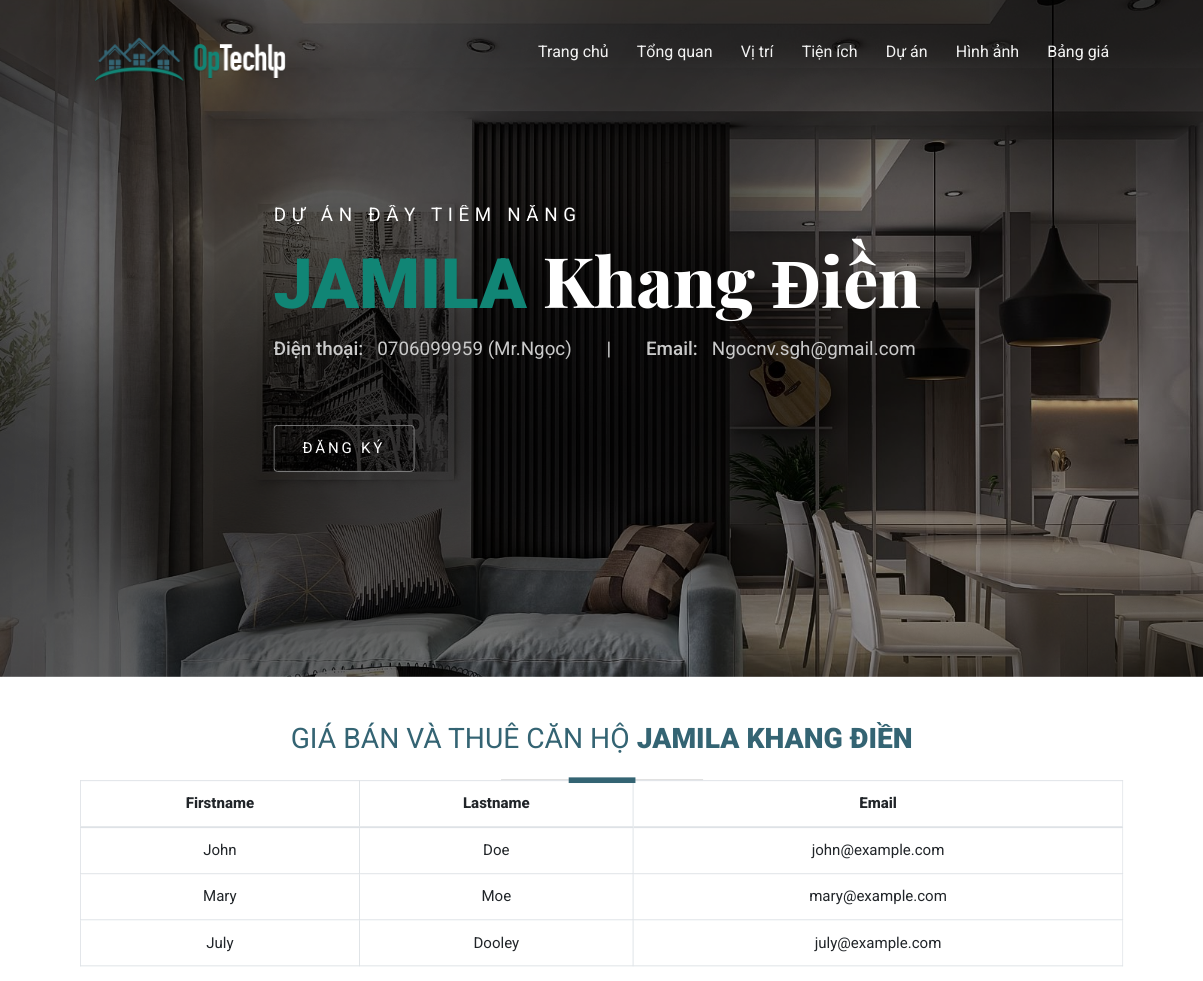
Repository: phunobi1807/Myweb
Page: index.html
An editor plug-in stored every save of this project. The page is shown before and after the next save, followed by the edit.
The browser window is 1280 px wide. The pictures show the whole page, at 94% of full size.
Some web fonts or font styles are not loaded; a fallback is used.

Above is the page before, as saved 2021-05-14 11:40:44.

### index.html
<!DOCTYPE html>
<html lang="en">

<head>
    <meta charset="UTF-8">
    <meta http-equiv="X-UA-Compatible" content="IE=edge">
    <meta name="viewport" content="width=device-width, initial-scale=1.0">
    <link rel="stylesheet" type="text/css" href="./css/style.css">
    <title>JAMILA Khang Điền</title>
</head>

<body>
    <header>
        <a href="#" class="logo">
            <img src="./image/logo-banner.png" alt="logo">
        </a>
        <div class="menuToggle" onclick="toggleMenu"></div>
        <ul class="navigation">
            <li><a href="#" onclick="toggleMenu">Trang chủ</a></li>
            <li><a href="#" onclick="toggleMenu">Tổng quan</a></li>
            <li><a href="#" onclick="toggleMenu">Vị trí</a></li>
            <li><a href="#" onclick="toggleMenu">Tiện ích</a></li>
            <li><a href="#" onclick="toggleMenu">Dự án</a></li>
            <li><a href="#" onclick="toggleMenu">Hình ảnh</a></li>
            <li><a href="#" onclick="toggleMenu">Bảng giá</a></li>
        </ul>
    </header>
    <section class="banner" id="banner">
        <div class="content">
            <p class="title">dự án đầy tiềm năng</p>
            <h3><strong>JAMILA</strong> Khang Điền</h3>
            <div class="content-contact">
                <p class="phone">Điện thoại: <span class="number-phone">0706099959 (Mr.Ngọc)</span></p>
                <div class="gachgiua">|</div>
                <p class="email">Email: <span class="email">Ngocnv.sgh@gmail.com</span></p>
            </div>
            <div class="input">
                <input type="button" class="btn btn-outline" value="Đăng ký">
            </div>
        </div>
    </section>
    <section class="price-apartment mt-5">
        <div class="container text-center">
            <div class="list-price-apartment">
                <h1>giá bán và thuê căn hộ <span>jamila khang điền</span></h1>
                <div class="gach-chan">
                    <div class="gachchan"></div>
                </div>
                <table class="table table-bordered">
                    <thead>
                        <tr>
                            <th>Firstname</th>
                            <th>Lastname</th>
                            <th>Email</th>
                        </tr>
                    </thead>
                    <tbody>
                        <tr>
                            <td>John</td>
                            <td>Doe</td>
                            <td>john@example.com</td>
                        </tr>
                        <tr>
                            <td>Mary</td>
                            <td>Moe</td>
                            <td>mary@example.com</td>
                        </tr>
                        <tr>
                            <td>July</td>
                            <td>Dooley</td>
                            <td>july@example.com</td>
                        </tr>
                    </tbody>
                </table>
            </div>
        </div>
    </section>
    <link rel="stylesheet" href="https://maxcdn.bootstrapcdn.com/bootstrap/4.5.2/css/bootstrap.min.css">
    <script src="https://ajax.googleapis.com/ajax/libs/jquery/3.5.1/jquery.min.js"></script>
    <script src="https://cdnjs.cloudflare.com/ajax/libs/popper.js/1.16.0/umd/popper.min.js"></script>
    <script src="https://maxcdn.bootstrapcdn.com/bootstrap/4.5.2/js/bootstrap.min.js"></script>
    <script type="text/javascript">
        window.addEventListener('scroll', function() {
            const header = document.querySelector('header');
            header.classList.toggle("sticky", window.scrollY > 0);
        });

        function toggleMenu() {
            const menutoggle = document.querySelector('.menuToggle');
            const navigation = document.querySelector('.navigation');
            menuToggle.classList.toggle('active');
            navigation.classList.toggle('active');
        }
    </script>
</body>

</html>
<!-- <script type="text/javascript">
    window.addEventListener('scroll', function() {
        const header = document.querySelector('header');
        header.classList.toggle("sticky", window.scrollY > 0);
    });

    function toggleMenu() {
        const menuToggle = document.querySelector('.menuToggle');
        const navigation = document.querySelector('.navigation');
        menuToggle.classList.toggle('active');
        navigation.classList.toggle('active');
    }
</script> -->

### css/style.css
    @import url(https://fonts.googleapis.com/css2?family=Roboto:wght@100;200;300;400;500;600;800;900&display=swap);
    @import url(https://fonts.googleapis.com/css2?family=Playfair+Display:wght@100;200;300;400;500;600;800;900&display=swap);
    * {
        margin: 0;
        padding: 0;
        box-sizing: border-box;
        font-family: 'Roboto', 'Regular';
        scroll-behavior: smooth;
        overflow-x: hidden !important;
    }

    p {
        font-weight: 300;
        color: #ffffff;
    }

    .banner {
        position: relative;
        width: 100%;
        min-height: 100vh;
        display: flex;
        justify-content: center;
        align-items: center;
        background: url('../image/banner.png');
        background-size: cover;
    }

    .banner .content {
        max-width: 900px;
        text-align: left;
    }

    .banner .content p.title {
        font-size: 20px;
        opacity: 100%;
        text-transform: uppercase;
        font-weight: 400;
        letter-spacing: 6px;
        line-height: 20px;
        color: #ffffff;
    }

    .banner .content h3 {
        font-family: 'Playfair Display', serif;
        font-size: 74px;
        font-style: bold;
        font-weight: 700;
        color: #ffffff;
        text-align: left;
    }

    .banner .content h3 strong {
        color: #118575;
    }

    .banner .content .content-contact {
        margin-bottom: 50px;
    }

    .banner .content .content-contact,
    p {
        display: flex;
        color: #cacaca;
        font-size: 20px;
        font-style: bold;
        font-weight: 500;
    }

    .banner .content .content-contact p span {
        padding: 0px 15px;
        font-weight: 400;
        font-style: normal;
        color: #cacaca;
    }

    .banner .content .content-contact .gachgiua {
        padding-right: 15px;
        margin: 0px 22px;
    }

    .banner .content .input input {
        width: 150px;
        height: 50px;
        border: 1px solid;
        /* opacity: 40%; */
        color: #ffffff;
        border-color: #8a8a8a;
        text-transform: uppercase;
        letter-spacing: 3px;
        transition: 0.5s;
    }

    .banner .content .input input:hover {
        width: 160px;
        transition: 0.5s;
        background-color: #118575;
    }

    .banner .content .input input::-ms-value {
        color: red;
    }

    header {
        position: fixed;
        top: 0;
        left: 0;
        width: 100%;
        padding: 40px 100px;
        z-index: 10;
        display: flex !important;
        justify-content: space-between;
        align-items: center;
        transition: 0.5s;
    }

    header.sticky {
        background: rgb(43, 43, 43);
        padding: 10px 100px;
        box-shadow: 0 5px 20px rgba(0, 0, 0, 0.05);
    }

    header.sticky ul {
        margin-top: 14px;
        line-height: 14px;
    }

    header .navigation {
        position: relative;
        display: flex;
    }

    header .navigation li {
        list-style-type: none;
        margin-left: 30px;
    }

    header .navigation li a {
        opacity: 100%;
        font-size: 17px;
        text-decoration: none;
        color: #f2f2f2;
        line-height: 20px;
    }

    header.sticky .navigation li a {
        color: #fff;
    }

    header .navigation li a:hover {
        color: #118575;
        letter-spacing: 3px;
        transition: 1s;
        text-transform: uppercase;
    }
    /* giá bán căn hộ trong bảng  */

    .price-apartment h1 {
        font-size: 30px;
        text-transform: uppercase;
        font-weight: 400;
        color: #346473;
    }

    .price-apartment h1 span {
        font-weight: 900;
    }

    .price-apartment .gach-chan {
        border-bottom: 1px solid #d7d7d7;
        width: 215px;
        margin-left: 28rem;
        z-index: 1;
        margin-top: 25px;
    }

    .price-apartment .gachchan {
        position: absolute;
        border: 3px solid #346473;
        width: 71px;
        margin-left: 4.5rem;
        z-index: 10;
        margin-top: -2.5px;
    }
    /* end giá bán căn hộ trong bảng  */

After the next save:
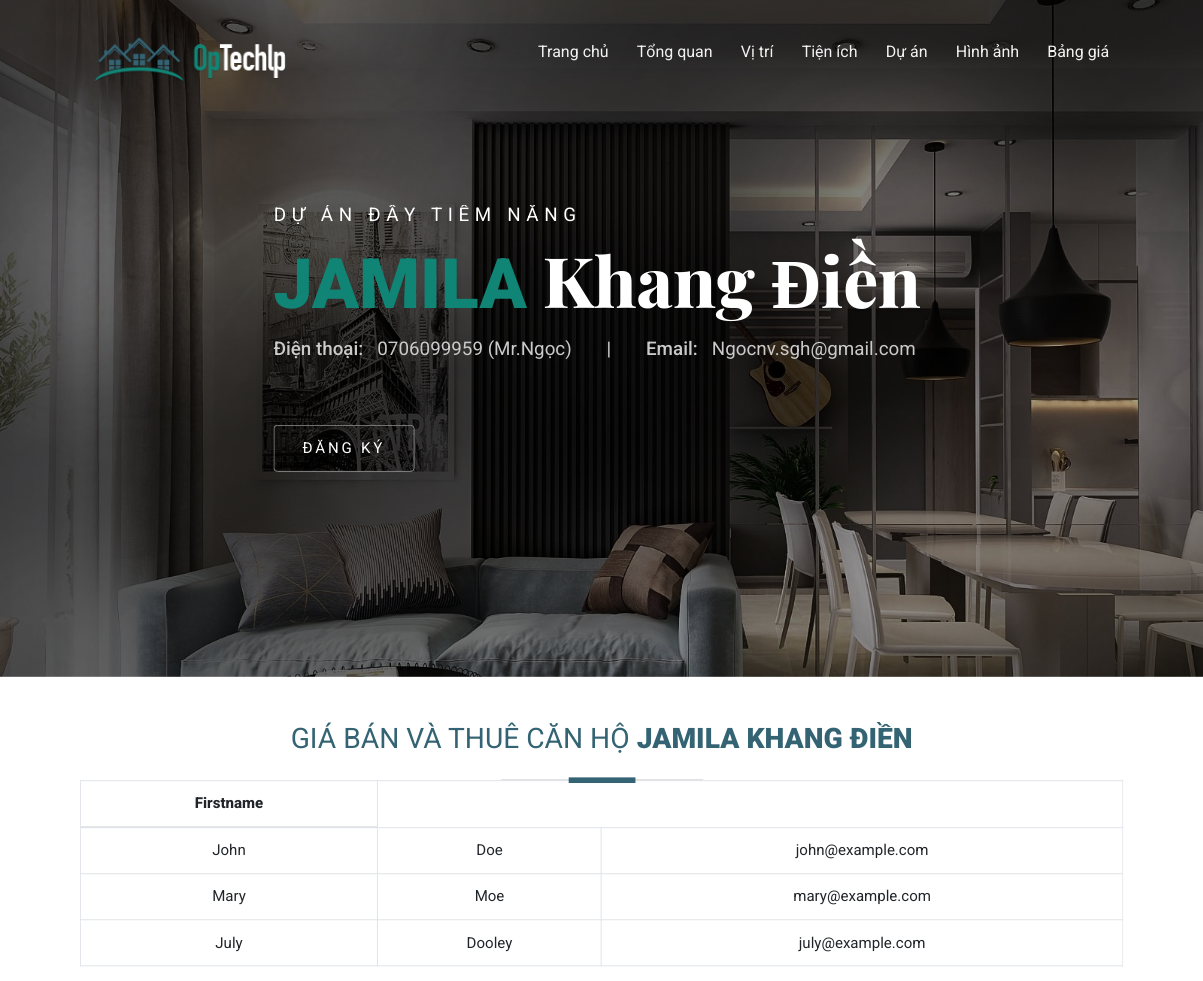
Saved 4 s later.
--- a/index.html
+++ b/index.html
@@ -50,8 +50,7 @@
                     <thead>
                         <tr>
                             <th>Firstname</th>
-                            <th>Lastname</th>
-                            <th>Email</th>
+
                         </tr>
                     </thead>
                     <tbody>
